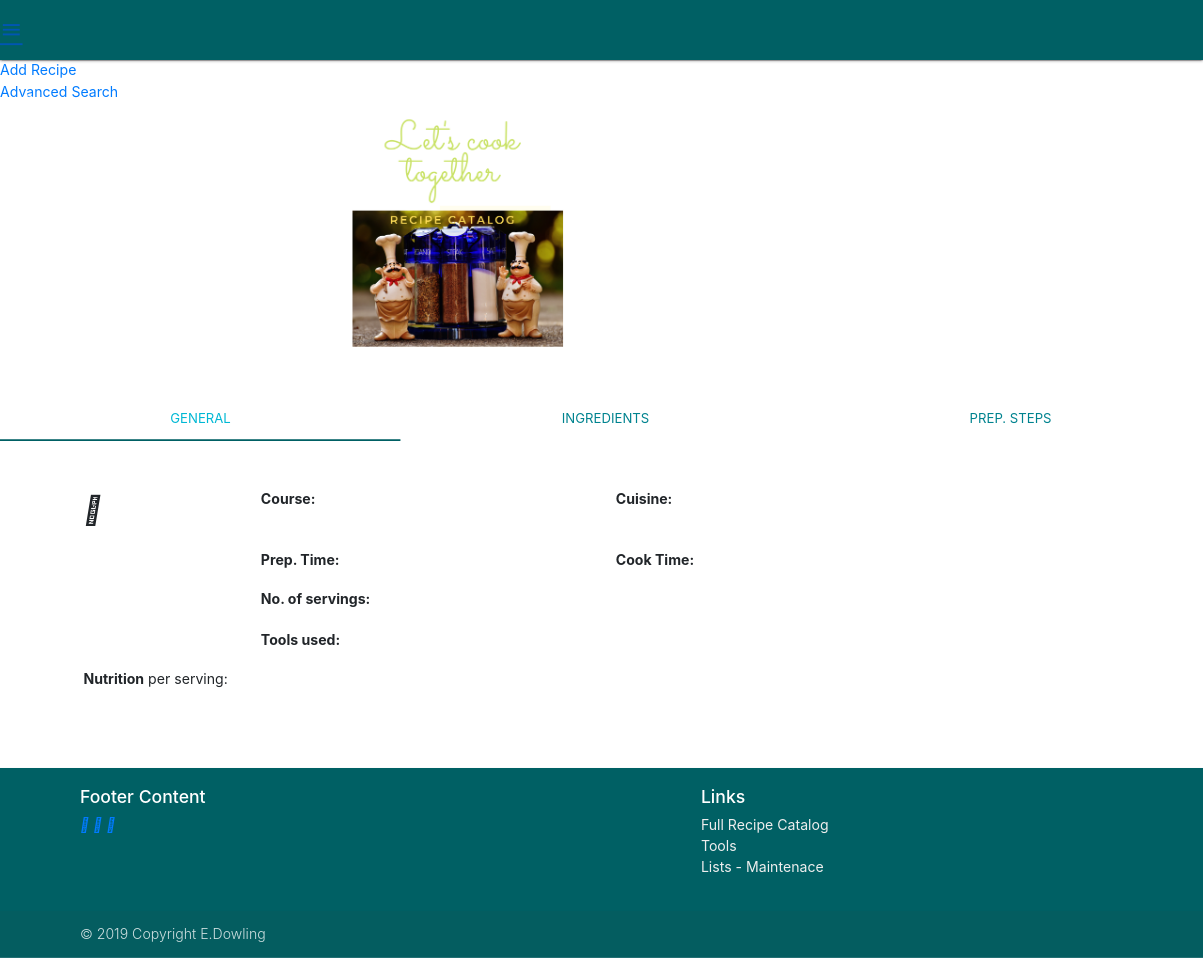
Repository: eldowling/lets-cook-together
Page: templates/recipe.html
The author's editor kept a record of every edit. The page is drawn from the files as they stood at one moment, then again after the next edit.
The browser window is 1280 px wide. The pictures show the whole page, at 94% of full size.
Some web libraries are served in a nearby version. The page is served by the project's application, run on Flask 3 (app.py). The template is opened directly, without the code that normally fills it, so the values that code supplies are empty.

Above is the page before.
Console error: TypeError: $(...).collapsible is not a function

### templates/recipe.html
{% extends 'base.html'%} {% block content %}
<div class="container">
  <div class="row  justify-content-center">
    <div class="col s12 center">
      <h2>{{ recipe.title }}</h2>
    </div>
  </div>
</div>

<ul class="tabs">
  <li class="tab col-sm-4"><a class="active" href="#general">General</a></li>
  <li class="tab col-sm-4"><a href="#ingredients">Ingredients</a></li>
  <li class="tab col-sm-4 "><a href="#prep">Prep. Steps</a></li>
</ul>

<div id="general" class="container">
  <div class="row">
    <div class="col-sm-12">
        {{recipe.description}}
    </div>
  </div>
  <div class="row">
    <div class="col-2">
      <i class="fas fa-coffee fa-2x"></i>
    </div>
    <div class="col-4">
        <strong>Course: </strong>{{recipe.course}}
    </div>
    <div class="col-6">
        <strong>Cuisine: </strong>{{recipe.cuisine}}
    </div>
  </div>
  <div class="row">
    <div class="col-2">
      <i class="far fa-clock fa-2x"></i>
    </div>
    <div class="col-4">
      <strong>Prep. Time: </strong> {{recipe.prep_time}}
    </div>
    <div class="col-6">
      <strong>Cook Time: </strong> {{recipe.cook_time}}
    </div>
  </div>
  <div class="row">
    <div class="col-2">
      <i class="fas fa-utensils fa-2x"></i>
    </div>
    <div class="col-10">
      <strong>No. of servings: </strong> {{recipe.no_servings}}
    </div>
  </div>
  <div class="row">
    <div class="col-2">
      <i class="fas fa-blender fa-2x"></i>
    </div>
    <div class="col-10">
      <strong>Tools used: </strong> {{recipe.tools}}
    </div>
  </div>
  <div class="row">
    <div class="col-12">
      <strong>Nutrition</strong> per serving:
    </div>
  </div>
  <div class="row">
    <div class="container nuts-border">
      <div class="row">
        <div class="col"></div>
        <div class="col"></div>
        <div class="col"></div>
        <div class="col"></div>
        <div class="col"></div>
      </div>
      <div class="row">
        <div class="col"></div>
        <div class="col"></div>
        <div class="col"></div>
        <div class="col"></div>
        <div class="col"></div>
      </div>
    </div>
  </div>
</div>



    <div id="ingredients" class="container">
      {{recipe.ingredients}}
    </div>

    <div id="prep" class="container">
      Preparation Steps
    </div>
  </div>



{% endblock %}

### templates/base.html
<!DOCTYPE html>
<html>

<head>
    <link href="https://fonts.googleapis.com/icon?family=Material+Icons" rel="stylesheet">
    <link rel="stylesheet" href="https://cdnjs.cloudflare.com/ajax/libs/materialize/0.100.2/css/materialize.min.css">
    <link rel="stylesheet" href="https://maxcdn.bootstrapcdn.com/bootstrap/4.0.0/css/bootstrap.min.css" integrity="sha384-Gn5384xqQ1aoWXA+058RXPxPg6fy4IWvTNh0E263XmFcJlSAwiGgFAW/dAiS6JXm" crossorigin="anonymous">
    <link rel="stylesheet" href="https://cdnjs.cloudflare.com/ajax/libs/font-awesome/4.7.0/css/font-awesome.min.css">
    <link rel="stylesheet" href="{{ url_for('static', filename='css/style.css') }}" type="text/css" />
</head>

<body>
    <header>
        <!-- Dropdown Structure -->
        <ul id="dropdown1" class="dropdown-content">
            <li><a href="#!">one</a></li>
            <li><a href="#!">two</a></li>
            <li class="divider"></li>
            <li><a href="#!">three</a></li>
        </ul>

        <nav>
            <div class="nav-wrapper cyan darken-4">

                <form>
                    <a href="#" data-target="mobile-demo" class="sidenav-trigger"><i class="material-icons">menu</i></a>
                    <div class="input-field inline ">
                        <input id="search" type="search" required>
                        <label class="label-icon" for="search"><i class="material-icons">search</i></label>
                        <i class="material-icons">close</i>
                    </div>
                    <ul id="nav-mobile" class="right hide-on-med-and-down">
                        <li><a href="addedit-recipe.html">Add Recipe</a></li>
                        <li><a class="dropdown-trigger" href="#!" data-target="dropdown1">Advanced Search<i class="material-icons right">arrow_drop_down</i></a></li>
                    </ul>

                </form>

            </div>
        </nav>

        <ul class="sidenav" id="mobile-demo">
            <li><a href="addedit-recipe.html">Add Recipe</a></li>
            <li><a href="badges.html">Advanced Search</a></li>
        </ul>


    </header>

    <div class="center">
            <img class="main-img" src="static/images/lets-cook-logo.png"></img>
    </div>
    <div> <BR> </div>

        {% block content %} {% endblock %}


    <footer class="page-footer cyan darken-4">
        <div class="container">
            <div class="row">
                <div class="col l6 s12">
                    <h5 class="white-text">Footer Content</h5>

                    <span class="grey-text text-lighten-4 ">
                        <a href="facebook.html"><i class="fab fa-facebook-square"></i></a>
                        <a href="twitter.html"><i class="fab fa-twitter-square"></i></a>
                        <a href="instagram.html"><i class="fab fa-instagram"></i></a>
                    </span>
                </div>
                <div class="col l4 offset-l2 s12">
                    <h5 class="white-text">Links</h5>
                    <ul>
                        <li><a class="grey-text text-lighten-3" href="{{url_for('get_catalog')}}">Full Recipe Catalog</a></li>
                        <li><a class="grey-text text-lighten-3" href="tools.html">Tools</a></li>
                        <li><a class="grey-text text-lighten-3" href="maintenance.html">Lists - Maintenace</a></li>
                    </ul>
                </div>
            </div>
        </div>
        <div class="footer-copyright">
            <div class="container">
                © 2019 Copyright E.Dowling
            </div>
        </div>
    </footer>

    <script src="https://cdnjs.cloudflare.com/ajax/libs/jquery/3.2.1/jquery.min.js"></script>
    <script src="https://cdnjs.cloudflare.com/ajax/libs/materialize/0.100.2/js/materialize.min.js"></script>
    <script src="https://code.jquery.com/jquery-3.2.1.slim.min.js" integrity="sha384-KJ3o2DKtIkvYIK3UENzmM7KCkRr/rE9/Qpg6aAZGJwFDMVNA/GpGFF93hXpG5KkN" crossorigin="anonymous"></script>
    <script src="https://cdnjs.cloudflare.com/ajax/libs/popper.js/1.12.9/umd/popper.min.js" integrity="sha384-ApNbgh9B+Y1QKtv3Rn7W3mgPxhU9K/ScQsAP7hUibX39j7fakFPskvXusvfa0b4Q" crossorigin="anonymous"></script>
    <script src="https://maxcdn.bootstrapcdn.com/bootstrap/4.0.0/js/bootstrap.min.js" integrity="sha384-JZR6Spejh4U02d8jOt6vLEHfe/JQGiRRSQQxSfFWpi1MquVdAyjUar5+76PVCmYl" crossorigin="anonymous"></script>
    <script type="text/javascript">
        $(document).ready(function() {
            $('.collapsible').collapsible();
            $('select').material_select();
            $(".button-collapse").sideNav();
            $(".dropdown-trigger").dropdown();
            $('.sidenav').sidenav();
            $('.dropdown-toggle').dropdown();
            $('.tabs').tabs();
        });



    </script>
</body>
</html>

### app.py
import os
from flask import Flask, render_template, redirect, request, url_for
from flask_pymongo import PyMongo
from bson.objectid import ObjectId

app = Flask(__name__)
app.config["MONGO_DBNAME"] = 'recipie_catalog'
app.config["MONGO_URI"] = 'mongodb+srv://root:r00tUser@myfirstcluster-pwjgy.mongodb.net/recipie_catalog?retryWrites=true&w=majority'
#app.config["MONGO_URI"] = os.getenv('MONGO_URI', 'mongodb://localhost')

mongo = PyMongo(app)


@app.route('/')
#@app.route('/get_catalog/<course>')
#def get_catalog(course):
@app.route('/get_catalog')
def get_catalog():
    #if course == '':*/
        return render_template("catalog.html", recipes=mongo.db.recipes.find())
    #if course != '':
    #    return render_template("catalog.html", recipes=mongo.db.recipes.find({ "recipes.course": course }))

#@app.route('/get_catalog/<course_id>')
#def show_recipe(recipe_id):
#    course =  mongo.db.recipes.find_one({"course": ObjectId(course)})
#    all_courses =  mongo.db.categories.find()
#    return render_template('catalog.html', task=the_recipe,
#                           categories=all_categories)

@app.route('/show_recipe/<recipe_id>')
def show_recipe(recipe_id):
    the_recipe =  mongo.db.recipes.find_one({"_id": ObjectId(recipe_id)})
#    all_categories =  mongo.db.categories.find()
    return render_template('recipe.html', recipe=the_recipe)

if __name__ == '__main__':
    app.run(host=os.environ.get('IP'),
            port=int(os.environ.get('PORT')),
            debug=True)


@app.route('/filter_catalog/<course>')
def filter_catalog(course):
    return render_template("catalog.html", recipes=mongo.db.recipes.find({ "recipes.course": course }))

### static/css/style.css
.main-img {
  display: inline-block;
  vertical-align: middle;
  max-height: auto;
  max-width: 230px;
}

.center-img {
  margin: auto;
  min-width: 250px;
  width: 30%;
  border: 3px solid #73AD21;
  padding: 10px;
  margin-bottom: 4em;
}
.tabs .tab a{
    color:#00838f;
}
.tabs .tab a:hover,.tabs .tab a.active {
	background-color:transparent;
	color:#00b8d4;
}
.tabs .indicator {
	background-color:#006064;
}
 .tabs {
    margin-bottom: 2em;
}

#nutr-border {
  padding: 20px;
}

#example .col {
  border: 1px solid #c9c9c9;
}

#example .col:not(:last-child) {
  border-right-width: 0;
}

#example .row:not(:last-child) .col {
  border-bottom-width: 0;
}

After the next edit:
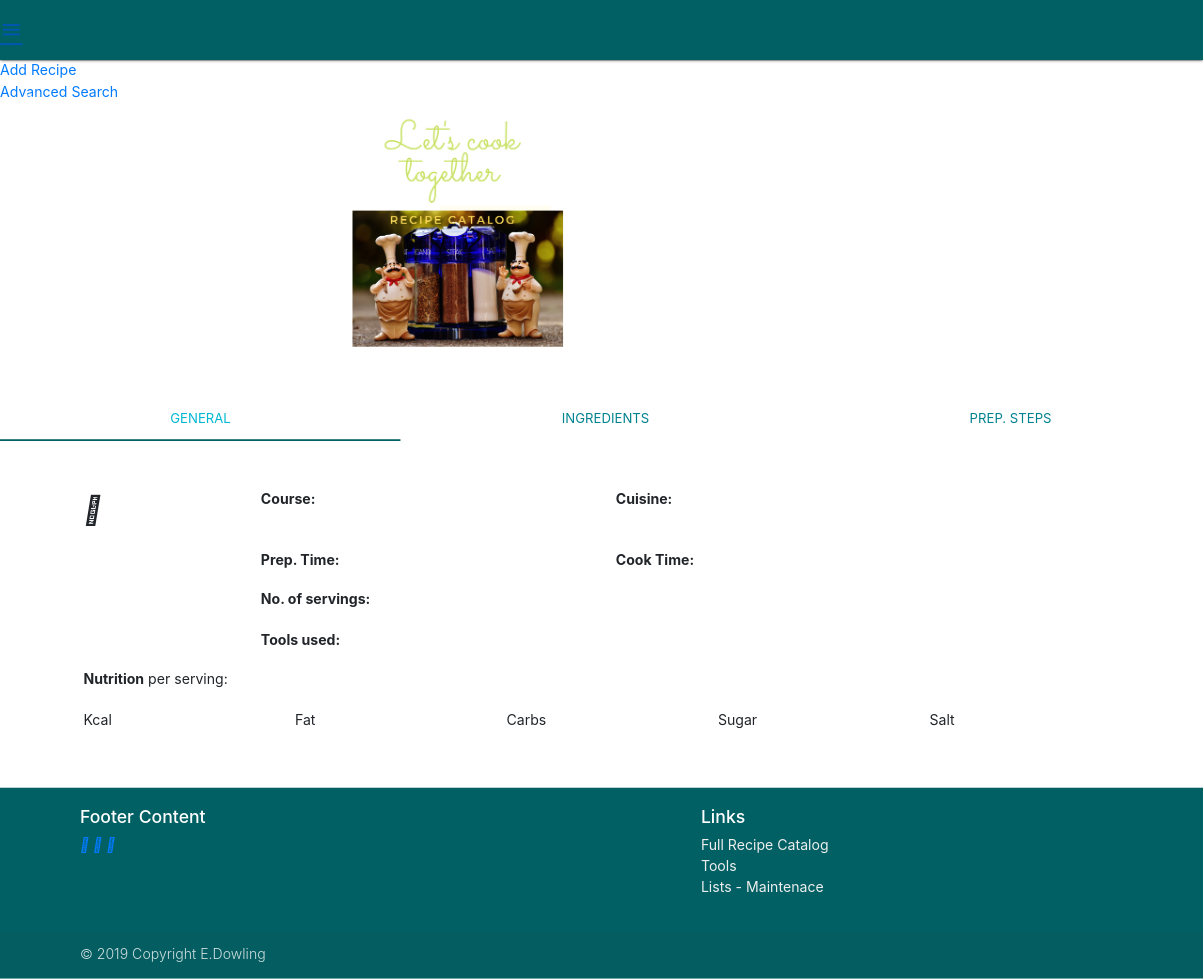
The edit:
--- a/templates/recipe.html
+++ b/templates/recipe.html
@@ -65,11 +65,11 @@
   <div class="row">
     <div class="container nuts-border">
       <div class="row">
-        <div class="col"></div>
-        <div class="col"></div>
-        <div class="col"></div>
-        <div class="col"></div>
-        <div class="col"></div>
+        <div class="col">Kcal</div>
+        <div class="col">Fat</div>
+        <div class="col">Carbs</div>
+        <div class="col">Sugar</div>
+        <div class="col">Salt</div>
       </div>
       <div class="row">
         <div class="col"></div>
